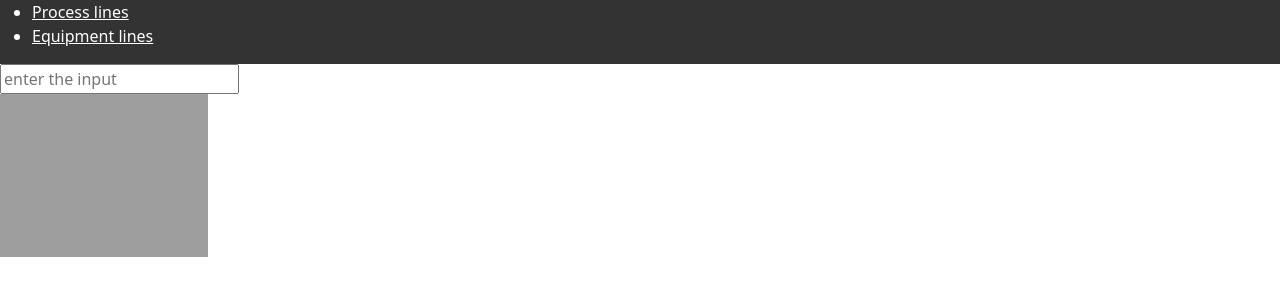
Repository: sreech465/evin3
Page: /pdetails
An editor plug-in stored every save of this project. The page is shown before and after the next save, followed by the edit.
The browser window is 1280 px wide. The pictures show the whole page.
Pictures or frames that could not be fetched are drawn as grey boxes. The page's requests for data from a server got no answer. The project was rebuilt for these pictures with package versions that can differ from the ones it lists, and the page was loaded fresh each time. No one was signed in, and anything a server would have sent is missing. Also part of the build but not shown: src/Login.js, src/Display.js, src/Details.js, src/Equipment.js, src/Learning.js, src/ProcessDetails.js, src/EquipDetails.js.

Above is the page before, as saved 2022-10-29 07:31:03.

### src/index.js
import React from "react";
import ReactDOM from "react-dom/client";
import "./index.css";
import App from "./App";
import reportWebVitals from "./reportWebVitals";
import { Provider } from "react-redux";
import store from "./store";
import "bootstrap/dist/css/bootstrap.min.css";
const root = ReactDOM.createRoot(document.getElementById("root"));
root.render(
  <React.StrictMode>
    <Provider store={store}>
      <App />
    </Provider>
  </React.StrictMode>
);

// If you want to start measuring performance in your app, pass a function
// to log results (for example: reportWebVitals(console.log))
// or send to an analytics endpoint. Learn more: https://bit.ly/CRA-vitals
reportWebVitals();

### src/App.js
import React from "react";
import { Routes, Route } from "react-router-dom";
import { BrowserRouter } from "react-router-dom";
import Login from "./Login";
import Display from "./Display";
import Details from "./Details";
import Process from "./Process";
import Equipment from "./Equipment";
import Learning from "./Learning";
import ProcessDetails from "./ProcessDetails";
import EquipDetails from "./EquipDetails";

const App = () => {
  return (
    <div className="App">
      <BrowserRouter>
        <Routes>
          <Route path="/" element={<Login />} />
          <Route path="/display" element={<Display />} />
          <Route path="/details" element={<Details />} />
          <Route path="/pdetails" element={<Process />} />
          <Route path="/elearning" element={<Learning />} />
          <Route path="/equipment" element={<Equipment />} />
          <Route path="/pdetails/:id" element={<ProcessDetails />} />
          <Route path="/equipment/:id" element={<EquipDetails />} />
        </Routes>
      </BrowserRouter>
    </div>
  );
};

export default App;

### src/store.js
import { applyMiddleware, createStore } from "redux";
import thunk from "redux-thunk";

import { singleReducer } from "./combineReducer";

const store = createStore(singleReducer, applyMiddleware(thunk));

export default store;

### src/Process.js
import React, { useState, useEffect } from "react";
import { useSelector, useDispatch } from "react-redux";
import { getProcesslines } from "./Actions";
import Headertabs from "./Headertabs";
import { Routes, Route } from "react-router-dom";
import { BrowserRouter } from "react-router-dom";
import Equipment from "./Equipment";
import { Link } from "react-router-dom";
import CustomSearchBar from "./CustomSearchBar";

const Process = () => {
  const dispatch = useDispatch();

  const access_token = useSelector(
    (state) => state.LoginReducer.auth.access_token
  );
  console.log(access_token);

  const ProcessData = useSelector((state) => state.ProcessReducer.Data101);
  console.log(ProcessData);

  useEffect(() => {
    dispatch(getProcesslines(access_token));
  }, []);

  const [tab, setTab] = useState("Process Line");
  const tabs = (data) => {
    setTab(data);
  };

  return (
    <>
      <Headertabs />
      {/* <div>
        <Routes>
          <Route path="/equipment" element={<Equipment />} />
        </Routes>
      </div> */}

      <CustomSearchBar data={tab === "Process Line" ? ProcessData : ""} />

      <>
        {ProcessData &&
          ProcessData.data.length > 0 &&
          ProcessData.data.map((element) => {
            return (
              <>
                <div class="card" style={{ display: "flex" }}>
                  <img
                    style={{ width: 70, height: 40 }}
                    class="card-img-top"
                    src={element.primary_product_details.primary_product_image}
                    alt="Card image cap"
                  />
                  <div class="card-body">
                    <h5 class="card-title">{element.name}</h5>
                    <p class="card-text">
                      {element.line_capacity} {element.org_location_name}.
                    </p>
                    <Link to={`/pdetails/${element.id}`}>
                      <button class="btn btn-primary">Details</button>
                    </Link>
                  </div>
                </div>
              </>
            );
          })}
      </>
      {/* ) : ( "loading" ); */}
    </>
  );
};

export default Process;

### src/combineReducer.js
import { combineReducers } from "redux";
import {
  equipmentReducer,
  equipmentReducer1,
  LoginReducer,
  processReducer,
  processReducer1,
  projectReducer,
} from "./Reducer";

export const singleReducer = combineReducers({
  LoginReducer: LoginReducer,
  ProjectReducer: projectReducer,
  ProcessReducer: processReducer,
  ProcessReducer1: processReducer1,
  EquipmentReducer: equipmentReducer,
  EquipmentReducer1: equipmentReducer1,
});

### src/Actions.js
import axios from "axios";

import {
  LOGIN_SUCESS,
  PROCESS_SUCESS,
  PROJECT_SUCESSC,
  EQUIPMENT_SUCESS,
  EQUIPMENT_SUCESSC,
  PROJECT_SUCESS,
} from "./types";

const apiBaseUrl = "http://52.139.224.15:81/account/";
const adminbaseurl = "http://52.139.224.15:81/";
const baseUrl = "http://52.139.224.15:81/account/login/";

export const loginAction = (username, password, navigate) => {
  console.log(username, password, "action");
  return async (dispatch) => {
    const formData = {
      username: username,
      password: password,
    };

    try {
      await axios.post(baseUrl, formData).then((response) => {
        console.log("response from api", response.data);
        if (response.status == 200) {
          dispatch({ type: LOGIN_SUCESS, payload: response.data });
          navigate("/display");
        }
      });
    } catch (err) {
      console.log(err);
    }
  };
};

export const getProjectDetails = (access_token) => {
  console.log(access_token);
  return async (dispatch) => {
    let config = {
      headers: { Authorization: `Bearer ${access_token}` },
    };

    try {
      await axios
        .get(
          "http://52.139.224.15:81/my_project_list/?search=&page=1&ordering=-id&project_status=&solution_org=",
          config
        )
        .then((response) => {
          console.log("response from api", response);
          if (response.status == 200) {
            dispatch({ type: PROCESS_SUCESS, payload: response });
          }
        });
    } catch (err) {
      console.log(err);
    }
  };
};

export const getProcesslines = (access_token) => {
  console.log(access_token);
  return async (dispatch) => {
    let config = {
      headers: { Authorization: `Bearer ${access_token}` },
    };

    try {
      await axios
        .get(
          "http://52.139.224.15:81/end_user/process_line/?primary_product=all&org_location=&query=&page=1&sort_by=-id&installed_by=",
          config
        )
        .then((response) => {
          console.log("response from api", response);
          if (response.status == 200) {
            dispatch({ type: PROJECT_SUCESS, payload: response });
          }
        });
    } catch (err) {
      console.log(err);
    }
  };
};

export const getProcesslines1 = (access_token, id) => {
  console.log(access_token);
  console.log(id);

  return async (dispatch) => {
    let config = {
      headers: { Authorization: `Bearer ${access_token}` },
    };

    try {
      await axios
        .get(
          `http://52.139.224.15:81/end_user/process_line/?line_id=${id}`,
          config
        )
        .then((response) => {
          console.log("response from api", response);
          if (response.status == 200) {
            dispatch({ type: PROJECT_SUCESSC, payload: response });
          }
        });
    } catch (err) {
      console.log(err);
    }
  };
};

export const getEquipmentDetails = (access_token) => {
  console.log(access_token);
  return async (dispatch) => {
    let config = {
      headers: { Authorization: `Bearer ${access_token}` },
    };

    try {
      await axios
        .get(
          "http://52.139.224.15:81/tagged_equipment_list/?search=&page=1&ordering=-status&process_line__org_location__name=&process_line__name=&system=&oem_org_id=&process_line__primary_product_ref__name=&equipment_select=&process_line__installed_by=",
          config
        )
        .then((response) => {
          console.log("response from api", response);
          if (response.status == 200) {
            dispatch({ type: EQUIPMENT_SUCESS, payload: response });
          }
        });
    } catch (err) {
      console.log(err);
    }
  };
};

export const getEquipmentDetails1 = (access_token, id) => {
  console.log(access_token);
  console.log(id);
  return async (dispatch) => {
    let config = {
      headers: { Authorization: `Bearer ${access_token}` },
    };

    try {
      await axios
        .get(
          `http://52.139.224.15:81/tagged_equipment_list/?installed_equipment_id=${id}`,
          config
        )
        .then((response) => {
          console.log("response from api", response);
          if (response.status == 200) {
            dispatch({ type: EQUIPMENT_SUCESSC, payload: response });
          }
        });
    } catch (err) {
      console.log(err);
    }
  };
};

### src/Headertabs.js
import React from "react";
import "./styles.css";
import { Link } from "react-router-dom";

const Headertabs = () => {
  return (
    <nav className="nav">
      <ul>
        <li>
          <Link to="/pdetails">Process lines</Link>
        </li>
        <li>
          <Link to="/equipment">Equipment lines</Link>
        </li>
      </ul>
    </nav>
  );
};

export default Headertabs;

### src/CustomSearchBar.js
import React, { useEffect, useState } from "react";

const CustomSearchBar = (props) => {
  const [array, setArray] = useState([]);
  const [input, setInput] = useState("");
  const [suggestions, setSuggestions] = useState([]);
  useEffect(() => {
    setArray(props.data);
  }, [props.data]);
  const handleSearch = (name) => {
    // console.log(props.tab)
    setInput(name);
  };

  return (
    <>
      <div>
        <input
          type="text"
          onChange={(name) => {
            handleSearch(name);
          }}
          placeholder="enter the input"
          color="black"
        />
      </div>
      <div>
        <img
          src="http://52.139.224.15:9090/assets/svg-icon/ic_filter.svg"
          style={{ width: "17%", position: "relative", right: 10 }}
        />
      </div>
    </>
  );
};

export default CustomSearchBar;

### src/Reducer.js
import {
  EQUIPMENT_SUCESS,
  EQUIPMENT_SUCESSC,
  LOGIN_SUCESS,
  PROCESS_SUCESS,
  PROJECT_SUCESS,
  PROJECT_SUCESSC,
} from "./types";
const initialState = {
  auth: {
    access_token: "",
    username: "",
    role_permissions: [],
  },
  Data100: "",
};

export const LoginReducer = (state = initialState, action) => {
  // console.log(action);

  switch (action.type) {
    case LOGIN_SUCESS:
      return {
        ...state,

        auth: action.payload,
      };

    default:
      return state;
  }
};

export const projectReducer = (state = initialState, action) => {
  // console.log(action);

  switch (action.type) {
    case PROCESS_SUCESS:
      return {
        ...state,

        Data100: action.payload,
      };

    default:
      return state;
  }
};

export const processReducer = (state = initialState, action) => {
  // console.log(action);

  switch (action.type) {
    case PROJECT_SUCESS:
      return {
        ...state,

        Data101: action.payload,
      };

    default:
      return state;
  }
};

export const processReducer1 = (state = initialState, action) => {
  // console.log(action);

  switch (action.type) {
    case PROJECT_SUCESSC:
      return {
        ...state,

        TOM: action.payload,
      };

    default:
      return state;
  }
};

export const equipmentReducer = (state = initialState, action) => {
  // console.log(action);

  switch (action.type) {
    case EQUIPMENT_SUCESS:
      return {
        ...state,

        Data102: action.payload,
      };

    default:
      return state;
  }
};

export const equipmentReducer1 = (state = initialState, action) => {
  // console.log(action);

  switch (action.type) {
    case EQUIPMENT_SUCESSC:
      return {
        ...state,

        JERRY: action.payload,
      };

    default:
      return state;
  }
};

### src/types.js
export const LOGIN_SUCESS = "LOGIN_SUCESS";
export const PROCESS_SUCESS = "PROCESS_SUCESS";
export const PROJECT_SUCESS = "PROJECT_SUCESS";
export const EQUIPMENT_SUCESS = "EQUIPMENT_SUCESS";
export const EQUIPMENT_SUCESSC = "EQUIPMENT_SUCESSC";
export const PROJECT_SUCESSC = "PROJECT_SUCESSC";

### src/styles.css
* {
    box-sizing: border-box;
}

body {
    margin:0;

}

.nav {
    background-color: #333;
    color:white;
    display: flex;
    justify-content: space-between;
    align-items: center;
    gap: 2rem;
    padding: 0 1rem;
}

.nav a {
    color:inherit
}

Loaded but not shown: public/index.html (common file); src/index.css (common file); src/reportWebVitals.js (common file)

After the next save:
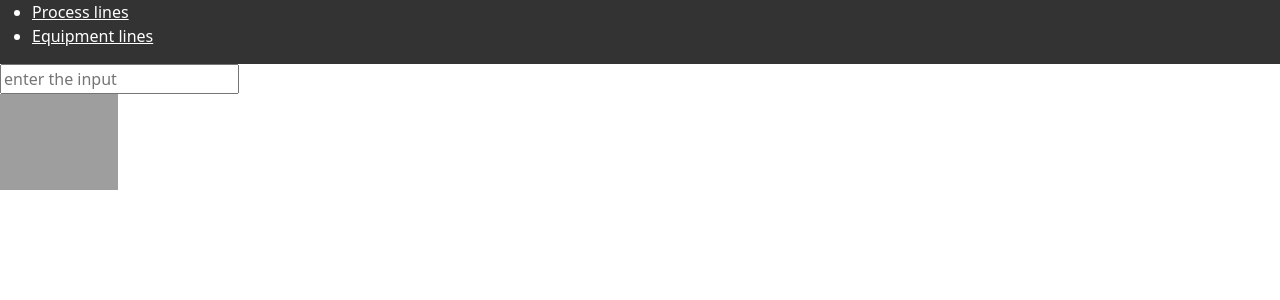
Saved 56 s later.
--- a/src/CustomSearchBar.js
+++ b/src/CustomSearchBar.js
@@ -27,7 +27,7 @@ const CustomSearchBar = (props) => {
       <div>
         <img
           src="http://52.139.224.15:9090/assets/svg-icon/ic_filter.svg"
-          style={{ width: "17%", position: "relative", right: 10 }}
+          style={{ width: "10%", position: "relative", right: 10 }}
         />
       </div>
     </>
